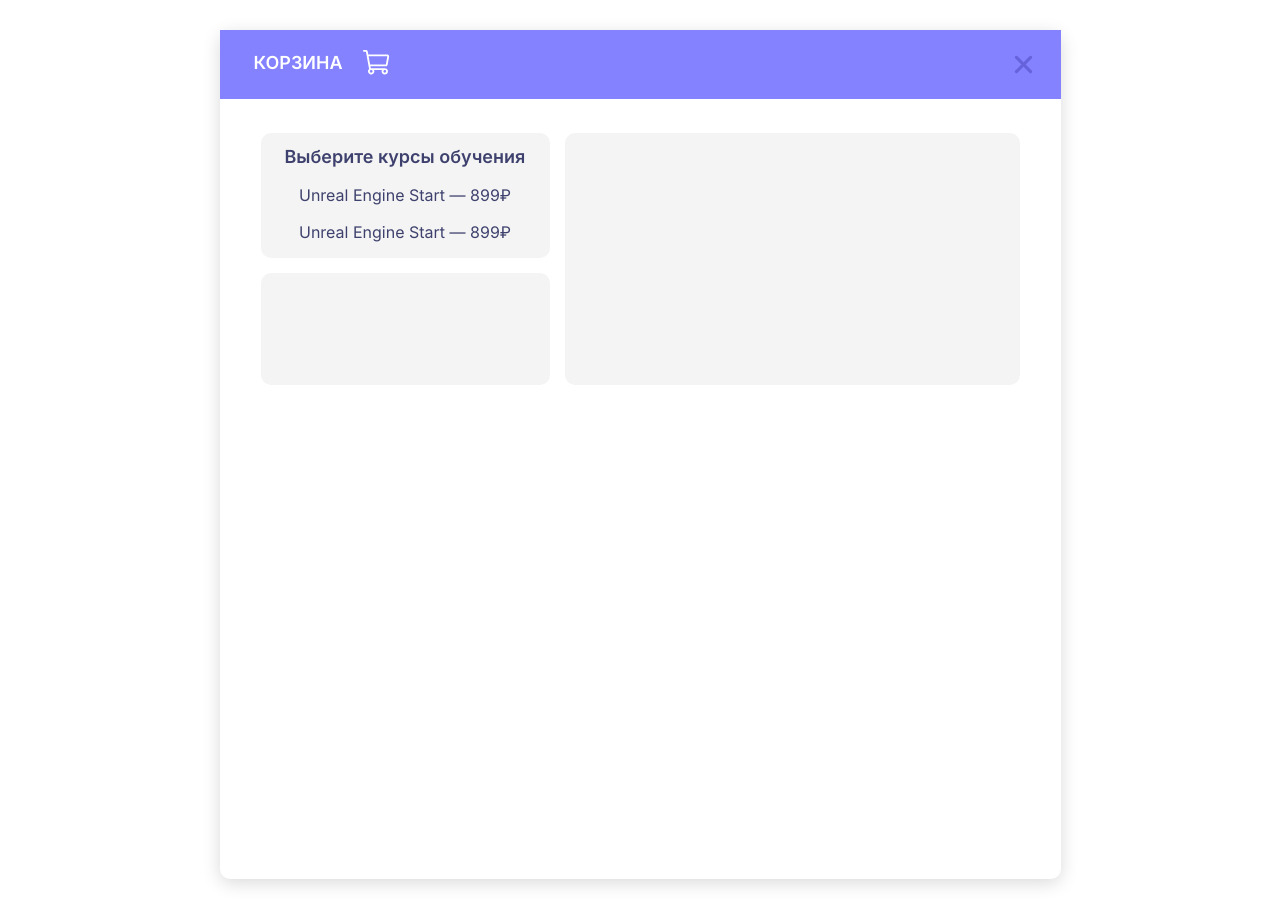
Repository: bek77g/unreal.academy
Page: basket.html
An editor plug-in stored every save of this project. The page is shown before and after the next save, followed by the edit.
The browser window is 1280 px wide. The pictures show the whole page.
The style sheet was rebuilt from its Sass, Less or Tailwind sources for each picture, by a compiler version that may differ from the author's.

Above is the page before, as saved 2021-05-05 17:01:23.

After the next save:
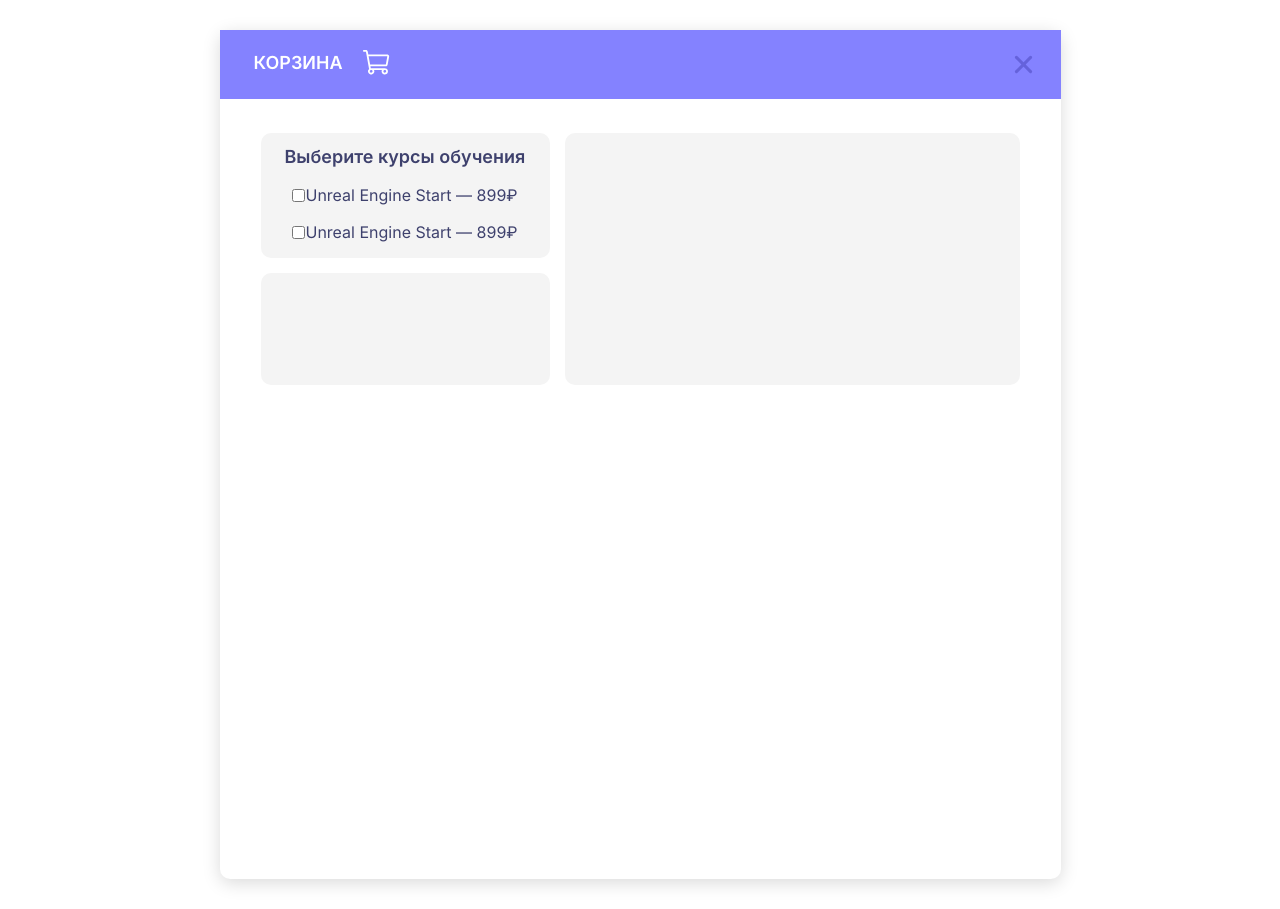
Saved 63 s later.
--- a/src/scss/basket.scss
+++ b/src/scss/basket.scss
@@ -46,13 +46,6 @@
     }
     &-txt {
       @include text($inter, normal, normal, 16px, 19px, #3e416d);
-      &::before {
-        content: "";
-        flex: 0 0 20px;
-        height: 24px;
-        background: #8482ff;
-        border-radius: 5px;
-      }
     }
     &-checkbox {
       margin-top: 18px;
@@ -79,6 +72,12 @@
     }
   }
   &__checkbox {
-    display: none;
+    &::before {
+      content: "";
+      flex: 0 0 20px;
+      height: 24px;
+      background: #8482ff;
+      border-radius: 5px;
+    }
   }
 }
